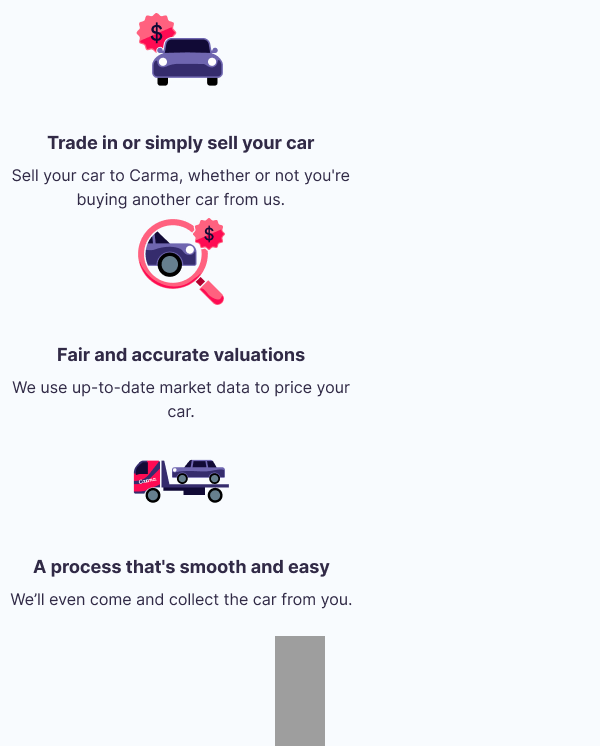
Repository: KHANas02/project
Page: index.html
An editor plug-in stored every save of this project. The page is shown before and after the next save, followed by the edit.
The browser window is 600 px wide. The pictures show the part of the page from y = 500 to 1246 px (the page is 1246 px tall before and 1186 px after).
Pictures or frames that could not be fetched are drawn as grey boxes.

Above is the page before, as saved 2024-03-31 21:50:26.

After the next save:
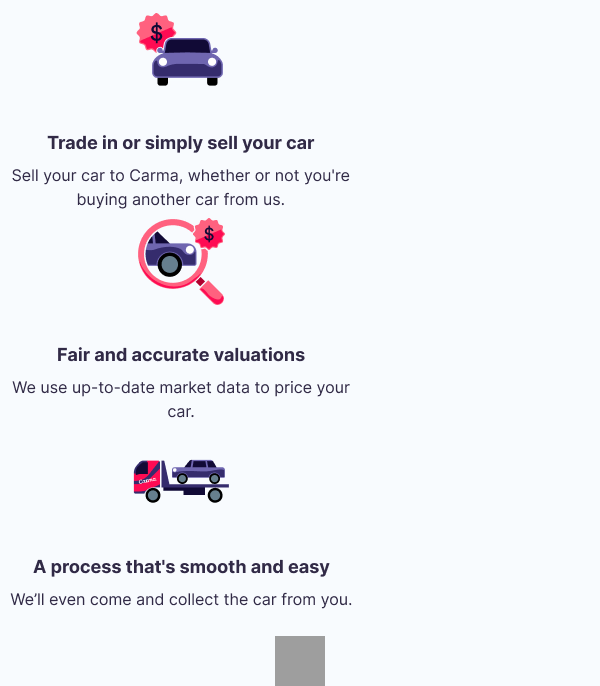
Saved 6 s later.
--- a/media.css
+++ b/media.css
@@ -10,7 +10,7 @@
   }
   .footer {
     width: 50px;
-    height: 110px;
+    height: 50px;
 
     background-image: url(Header\ ⏵\ Heading\ 4\ ⏵\ Need\ support_\ We\'re\ here\ to\ help..png);
 
